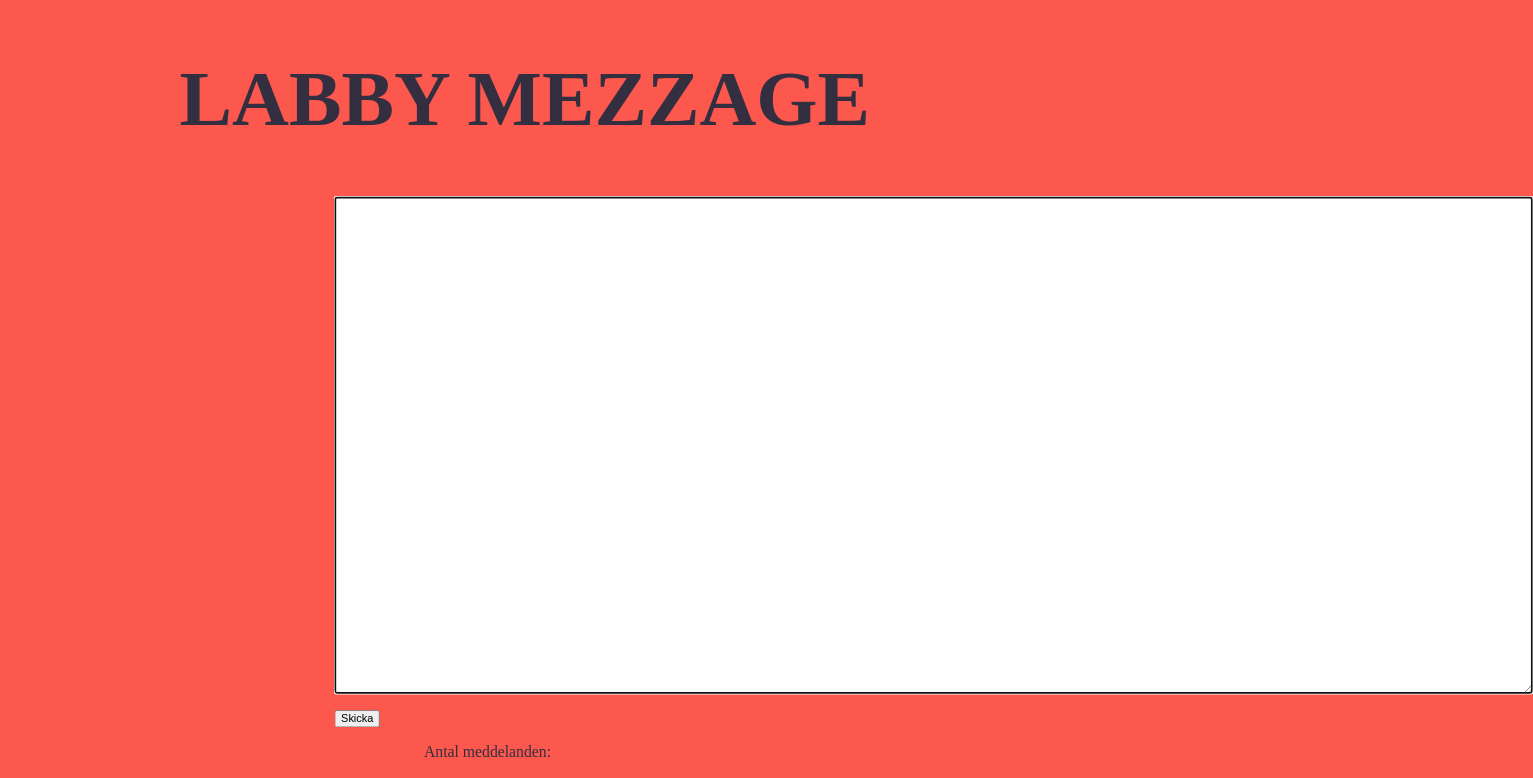
Repository: em222mt/1dv403-laborationer
Page: 2-labbymezzage/Index.html
The author's editor kept a record of every edit. The page is drawn from the files as they stood at one moment, then again after the next edit.
The browser window is 1280 px wide. The page is 1869 px wide, then 1280 px, so the pictures cover 1869 px, including what lies to the right of the window. The pictures show the whole page, at 82% of full size.

Above is the page before.

After the next edit:
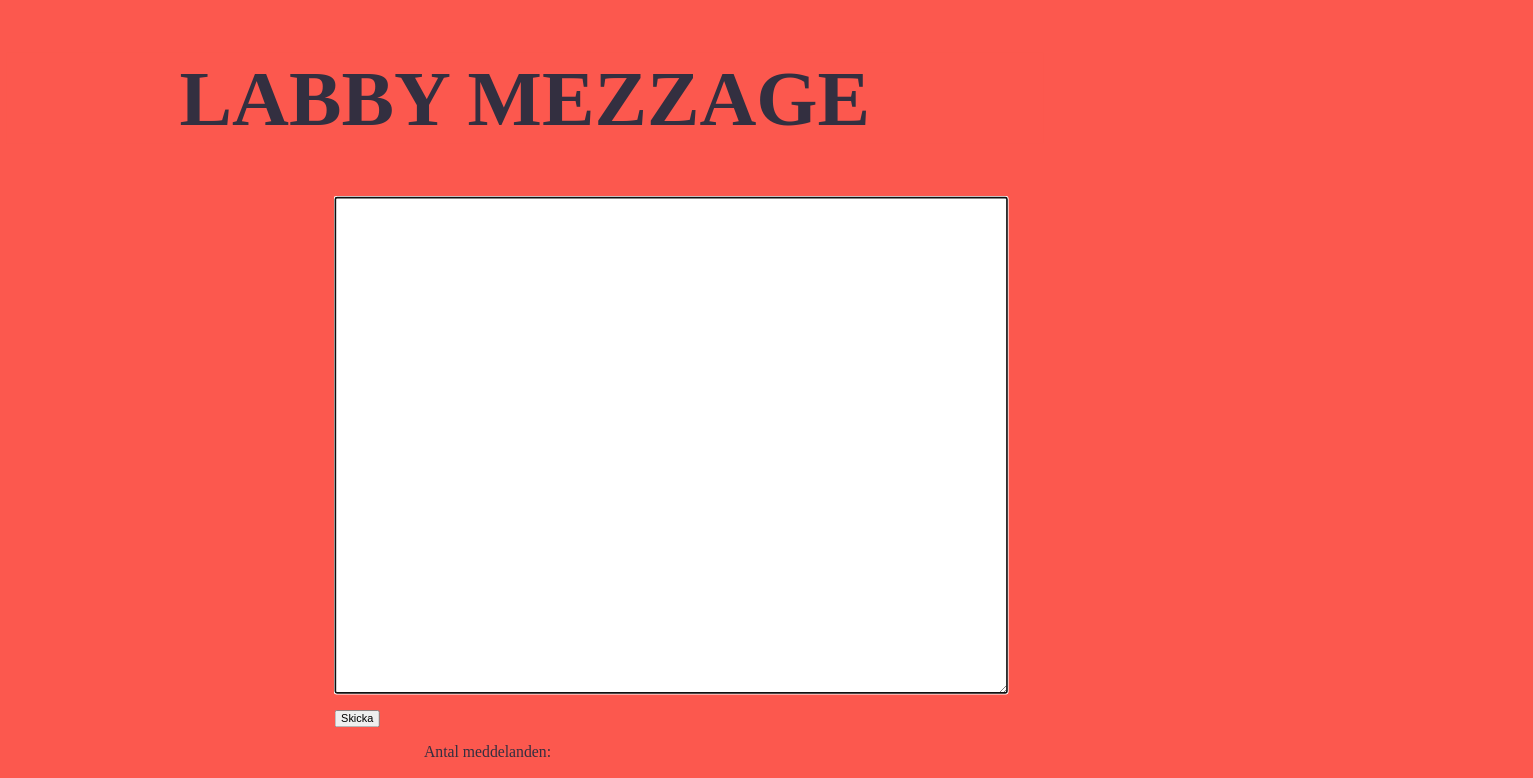
The edit:
--- a/2-labbymezzage/Index.html
+++ b/2-labbymezzage/Index.html
@@ -14,7 +14,7 @@
             <div id="container">
                 <section id="mainsection">
             		<form action="post" name="form">
-                        <textarea id="formtext" cols="90" rows="20"></textarea>
+                        <textarea id="formtext" cols="50" rows="20"></textarea>
                         <p id="value"></p>
                         <input id="send" type="button" value="Skicka" />
                     </form>
